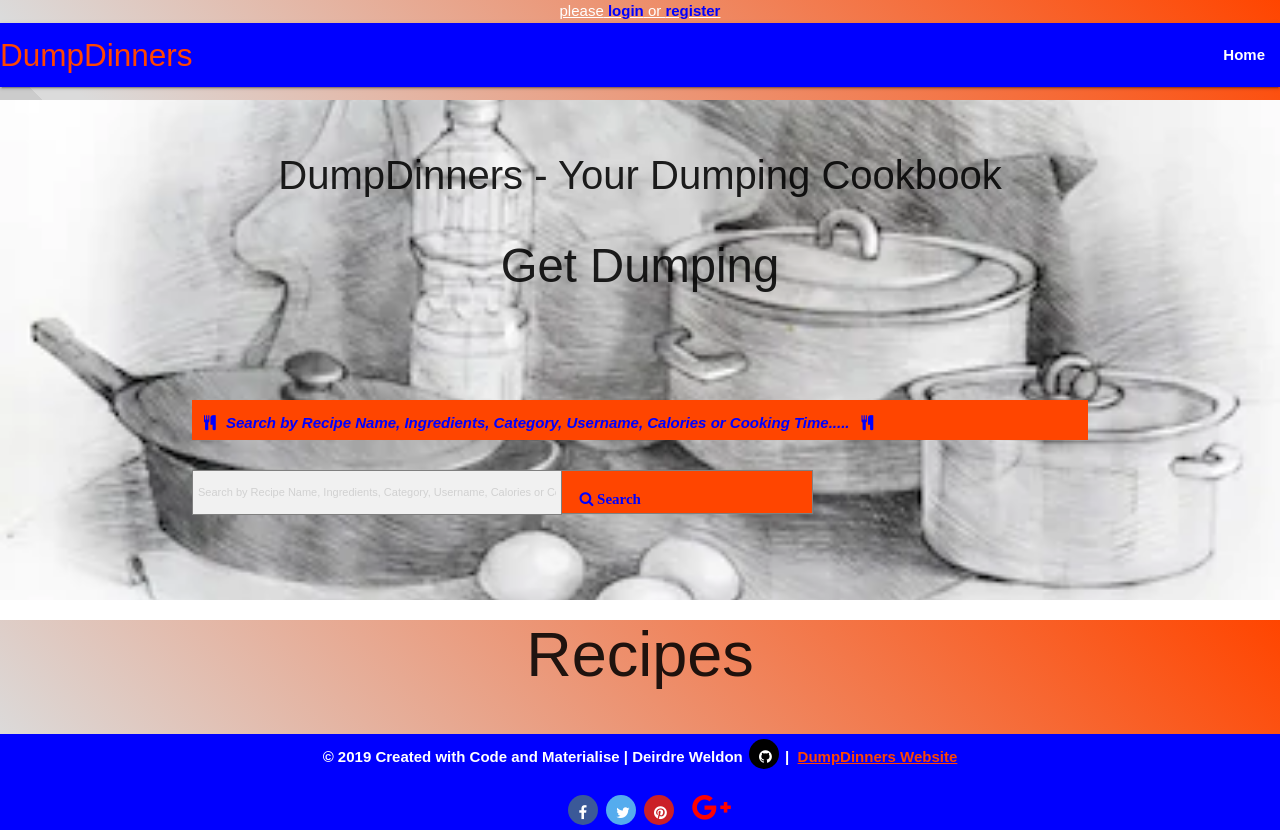
Repository: Deirdre18/dumpdinners-recipe-app
Page: http://localhost/
The author's editor kept a record of every edit. The page is drawn from the files as they stood at one moment, then again after the next edit.
The browser window is 1280 px wide. The pictures show the whole page.
Some web libraries are served in a nearby version. The page is served by the project's application, run on Flask 3 (app.py). Queries for data that is not in the repository find no rows.

Above is the page before.

### templates/allrecipes1.html
{% extends "base.html" %} {% block content %}

<h1 class="title">Recipes</h1>
{#{{referred to https://github.com/pierceoneill/code-institute-milestone-project-04/blob/master/templates/recipes.html for recipe-cards code.}}#}



<div id="recipe-cards" class="row">
    {% for recipe in recipes %}
    <div class="col s12 m4 l3 recipe-card" data-date="{{recipe.date_added}}">

        <div class="card-heading">

            <div class="card-title" style="text-align:center">
                <h6><span id="recipe_name" name="recipe_name"><i><strong>{{recipe.recipe_name}}</i></strong></span></h6>

            </div>
        </div>
        <strong><i class="fa fa-eye" aria-hidden="true" style="color:blue;font-size: 15px">&nbsp&nbsp{{recipe.views}}</i></strong>&nbsp&nbsp&nbsp&nbsp&nbsp&nbsp&nbsp&nbsp&nbsp&nbsp&nbsp&nbsp&nbsp&nbsp&nbsp&nbsp&nbsp
        <strong><i class="fa fa-heart" aria-hidden="true" style="color:red; font-size: 15px">&nbsp&nbsp{{recipe.likes}}</i></strong><br>
        <strong><i class="fa fa-cutlery"aria-hidden="true" style="color:blue;font-size: 15px">&nbsp&nbsp{{recipe.category_name}}</i><strong>


        <div class="card-image">
            <img src="{{recipe.image}}" width="200" height="200" style="margin-top" : 40%;>
        </div>


        <div class="card-body" style="white-space:normal">

            <p id="short_description"></p><strong><em>{{recipe.short_description}}</strong></em>
            </p>

        </div>

        <h6 class="view-and-share"><strong> View and Share!</strong>
        </h6>
        <p class=shares "col s4 m3 l3" style="white-space:normal">

            <i class="fa fa-facebook" aria-hidden="true"></i>
            <i class="fa fa-twitter" aria-hidden="true" style="color: light-blue"></i>
             <i class="fa fa-pinterest" aria-hidden="true"></i>
             <i class="fa fa-google-plus" style="font-size:30px; color:red"></i>
        </p>

        <div class="card-footer" style="white-space:normal">



            <div class="card-action">
                <a href="/recipe/{{ recipe._id }}"> <button class="btn waves-effect waves-light" type="submit" style="background-color:orangered" name="action">See More
                <i class="material-icons right">view_list</i>
             </button></a>
                <br><br><br>

            </div>

        </div>




        <!-- more display -->
    </div>
    {% endfor %}

    {% endblock %}

### templates/base.html
<!DOCTYPE html>
<html>

<head>
    <!--referred to this link for downloading bootstrap, as well as previous CI tutorials - https://forums.fedoraforum.org/showthread.php?314148-How-to-download-bootstrap-->

    <meta charset="UTF-8">
    <meta name="viewport" content="width=device-width, user-scalable=no, initial-scale=1.0, maximum-scale=1.0, minimum-scale=1.0">
    <meta http-equiv="X-UA-Compatible" content="ie=edge">
    <title>{{ title }} - DumpDinners</title>
    <link href="https://fonts.googleapis.com/icon?family=Material+Icons" rel="stylesheet">
    <link rel="stylesheet" href="https://cdnjs.cloudflare.com/ajax/libs/materialize/0.100.2/css/materialize.min.css">
    <link rel="stylesheet" href="{{url_for('static', filename='social-share-kit.css')}}" type="text/css" />
    <link rel="stylesheet" href="{{url_for('static', filename='styles.css')}}" type="text/css" />

    <!--referred to this for favicon - https://www.flaticon.com/-->

    <link rel="icon" type="image/ico" href="/static/images/favicon.ico" />
    <link rel="stylesheet" href="https://cdnjs.cloudflare.com/ajax/libs/font-awesome/4.7.0/css/font-awesome.min.css">

    <style>
        body {
            font-family: Arial;
        }
        * {
            box-sizing: border-box;
        }
        form.example input[type=text] {
            padding: 5px;
            font-size: 11px;
            border: 1px solid grey;
            float: left;
            width: 4%;
            height: 1%;
            background: #f1f1f1;
        }
        form.example button {
            float: left;
            width: 2%;
            height: 2%;
            padding: 5px;
            background: #2196F3;
            color: white;
            font-size: 11px;
            border: 1px solid grey;
            border-left: none;
            cursor: pointer;
        }
        form.example button:hover {
            background: #0b7dda;
        }
        form.example::after {
            content: "";
            clear: both;
            display: table;
        }
    </style>



</head>

<body>

    <style scoped>
        .pattern {
            min-height: 100px;
        }
        #stripes4 {
            background-image: repeating-linear-gradient(45deg, #ccc, #ccc 30px, #dbdbdb 30px, #dbdbdb 60px, orangered);
        }
    </style>

    <!--to give background gradient color, referred to https://www.quackit.com/css/codes/patterns/css_background_stripes.cfm-->

    <div id="stripes4" class="pattern">


        <!--referred to code from Spence Barribal's github project for username in session below (Student at Code Institute).-->

        {% if 'username' in session %}
        <div class="text-light font-italic bg-dark pt-2 pr-4" style="text-align:center; color:blue"><strong>welcome back, {{ session['username'] }}</strong>
        </div>

        <!--Referred to stack overflow article on centering anchors.-->

        <div class="display:block; text-align: center">
            <a href="{{ url_for('add_recipe') }}" <button class="btn waves-effect waves-light" type="submit" style="background-color:orangered" name="action"><strong>Add Recipe</strong>
                <i class="material-icons right">playlist_add</i>
             </button></div></a>



            <div class="display:block; text-align: center">
                <a href="{{ url_for( 'logout') }}" style="text-decoration:underline; color:blue; text-align:center,color:blue"><strong>Logout</strong></a>
            </div>

            <div class="display:block; text-align: center">
                <a href="{{ url_for( 'allrecipes') }}" style="text-decoration:underline;color:blue; text-align:center"><strong>Home</strong></a>

            </div>

            {% else %}

            <div class="login" style="text-align:center;text-decoration:underline; color:white">please<a href="{{ url_for('login') }}" style="color:blue"><strong> login</a></strong> or <a href="{{ url_for('register') }}" style="color:blue"><strong> register</strong></a>
            </div>
            {% endif %}

            <nav>
                <div class="nav-wrapper">
                    <a class="brand-logo" style="color:orangered">DumpDinners</a>
                    <a href="#" data-activates="mobile-demo" class="button-collapse"><i class="material-icons">menu</i></a>
                    <ul id="nav-mobile" class="right hide-on-med-and-down">

                        {% if 'username' not in session %}

                        <li class="nav-item">
                            <a href="{{ url_for('index') }}" style="color:white"><strong>Home</a></strong>
                        </li>


                        {% endif %}

                    </ul>
                </div>

            </nav>
            <!--referred to https://www.w3schools.com/howto/howto_css_search_button.asp-->

            {% if 'username' in session %}
            <ul class="sidenav" id="mobile-demo">
                <li class="nav-item">
                    <a href="{{ url_for('allrecipes') }}" style="color:orangered;text-decoration:underline"><strong>Home</strong></a>
                </li>
                {% endif %}


            </ul>
        </div>

        <div id="index-banner" class="parallax-container">
            <div class="section no-pad-bot">
                <div class="container">

                    <div class="parallax">
                        <img src="{{ url_for('static', filename='uploads/' + 'still-life.jpg') }}">
                    </div>

                    <h2 class="header center" class="header"><small>DumpDinners - Your Dumping Cookbook</small></h2>

                    <h1 class="header center" class="header"><small>Get Dumping</small></h1>
                    <br><br><br>


                    <!--/*referred to https://www.w3schools.com/howto/howto_css_search_button.asp*/-->

                    <div class="search-container">

                         <h6 class="lead-search" style="background-color:orangered; color:blue; text-align:left"><strong><i><i class="fa fa-cutlery" style="font-size: 15px"></i>Search by Recipe Name, Ingredients, Category, Username, Calories or Cooking Time.....</i></strong><i class="fa fa-cutlery" style="font-size: 15px"></i></h6><br>


                         <form class="example" action="{{ url_for('search') }}">
                            <input type="text" placeholder="Search by Recipe Name, Ingredients, Category, Username, Calories or Cooking Time...." required name="query" style="margin-top:1px; width:40%; height:3em !important" style="color:black">
                            <div id="search">
                                <button type="submit" style="margin-top:1px; width:28%; height:4em !important; background-color:orangered"><strong><i class="fa fa-search" style="font-size:15px;float:left;color:blue"><strong>&nbspSearch</strong></i></button>
                            </div>

                            </form>

                    </div>
                </div>
            </div>
            <!--Referred to this link for adding photos dynamically. https://stackoverflow.com/questions/40877272/jinja2-not-displaying-the-images-->
        </div>
        <div id="stripes4" class="pattern">
            {% block content %}{% endblock %}
        </div>
        <script src="https://ajax.googleapis.com/ajax/libs/jquery/3.4.1/jquery.min.js"></script>
        <script src="https://cdnjs.cloudflare.com/ajax/libs/jquery/3.2.1/jquery.min.js"></script>
        <script src="https://cdnjs.cloudflare.com/ajax/libs/materialize/0.100.2/js/materialize.min.js"></script>
        <!--<script src="assets/js/social-share-kit.js"></script>-->
        <!--<script src="assets/js/social-share-kit.min.js"></script>-->
        <script type="text/javascript">
            $(document).ready(function() {
                $(".button-collapse").sideNav();
            });
        </script>
        <script type="text/javascript">
            $('.datepicker').pickadate({
                selectMonths: true, // Creates a dropdown to control month
                selectYears: 15, // Creates a dropdown of 15 years to control year,
                today: 'Today',
                clear: 'Clear',
                close: 'Ok',
                closeOnSelect: false // Close upon selecting a date,
            });
        </script>
        <script>
            $(document).ready(function() {
                $('.parallax').parallax();
            });
        </script>
        <!-- jquery to activate buttons -->
        <script type="text/javascript">
            $(document).ready(function() {
                $('.collapsible').collapsible();
                $('select').material_select();
            });
        </script>
        <!--// to create footer referred to https://www.w3schools.com/howto/tryit.asp?filename=tryhow_css_fixed_footer. For flexible footer referred to https://materializecss.com/footer.html // decided to make footer fixed rather than flexible-->
        <style>
            .footer {
                margin-top: 1px;
                display: fixed;
                min-height: 3vh;
                flex-direction: column;
                text-align: center;
                background-color: blue;
                color: white;
            }
            main {
                flex: 1 0 auto;
            }
            .container {
                margin-top: 15px;
                margin-bottom: 3px;
            }
        </style>
        <style>
            .fa {
                padding: 10px;
                font-size: 15px;
                width: 30px;
                text-decoration: none;
                margin: 5px 2px;
                border-radius: 50%;
                height: 30px;
            }
            .fa:hover {
                opacity: 0.7;
            }
            .fa-facebook {
                background: #3B5998;
                color: white;
                text-align: center;
            }
            .fa-twitter {
                background: #55ACEE;
                color: white;
                text-align: center;
            }
            .fa-youtube {
                background: #bb0000;
                color: white;
                text-align: center;
            }
            .fa-pinterest {
                background: #cb2027;
                color: white;
                text-align: center;
            }
            .fa-github {
                background: black;
                color: white;
                text-align: center;
                font-size: 15px;
            }
            strong {
                font-weight: bold;
            }
        </style>
        <div class="footer">
            <div class="container">
                <!--created blank spaces, referred to https://www.computerhope.com/jargon/n/nbsp.htm-->
                © 2019 Created with Code and Materialise&nbsp| Deirdre Weldon <a href="https://github.com/" class="fa fa-github"></a> |&nbsp
                <a href="https://dumpdinners-recipe-app.herokuapp.com/" style="color:orangered; text-decoration: underline">DumpDinners Website
        </div>
        <!--for social media icons and styles referred to https://www.w3schools.com/howto/howto_css_social_media_buttons.asp    -->
        <!-- Add font awesome icons -->
        <a href="https://www.facebook.com/" class="fa fa-facebook"></a>
                <a href="https://www.twitter.com/" class="fa fa-twitter"></a>
                <a href="https://www.pinterest.com/" class="fa fa-pinterest"></a>
                <a href="https://plus.google.com/" class="fa fa-google-plus" style="font-size:30px; color:red"></a>
            </div>
</body>
</html>

### app.py
import os
import re
from flask import Flask, render_template, redirect, request, url_for, session, flash
import json
from flask_pymongo import PyMongo
import pymongo
from pymongo import MongoClient
from bson.objectid import ObjectId


from werkzeug.security import generate_password_hash, check_password_hash


app = Flask(__name__)

app.secret_key = "randomstring123"



if app.config['DEBUG'] == True:
    from config import dbconfig
    app.config["MONGO_DBNAME"] = 'dumpdinners'
    app.config["MONGO_URI"] = dbconfig()
else:
    app.config['MONGO_URI'] = os.environ.get("MONGO_URI")
    app.config['MONGO_DBNAME'] = os.environ.get("MONGO_DBNAME")

mongo = PyMongo(app)


@app.route('/')
@app.route('/index')
def index():
    """Home page the gets 4 recipes from DB that have been viewed the most"""
    four_recipes = mongo.db.recipes.find().limit(4)
    return render_template('allrecipes1.html', recipes=four_recipes)

@app.route('/allrecipes')
def allrecipes():
    recipes = mongo.db.recipes.find()
    return render_template('allrecipes.html', recipes=recipes)

@app.route('/allrecipes1')
def allrecipes1():
    recipes = mongo.db.recipes.find()
    four_recipes = mongo.db.recipes.find().limit(4)
    return render_template('allrecipes1.html', recipes=four_recipes)

@app.route('/add_recipe')
def add_recipe():
    recipes = mongo.db.recipes.find()
    return render_template('addrecipe.html',
        recipes=mongo.db.categories.find())



@app.route('/insert_recipe', methods=['POST'])
def insert_recipe():
    recipes = mongo.db.recipes
    recipes.insert_one(request.form.to_dict())
    flash ("Thank you, your recipe has been inserted!")
    return render_template('recipe.html', recipe=recipe)




@app.route('/edit_recipe/<recipe_id>', methods=['GET', 'POST'])
def edit_recipe(recipe_id):
    """Allows logged in user to edit their own recipes"""
    recipe_db = mongo.db.recipes.find_one_or_404({'_id': ObjectId(recipe_id)})
    all_categories =  mongo.db.categories.find()
    if request.method == 'GET':

        return render_template('editrecipe.html', recipe=recipe_db, categories=all_categories)


# referred to this article for advice on 'views' - https://stackoverflow.com/questions/5782311/mongodb-inc-embedded-value-syntax

@app.route('/update_recipe/<recipe_id>', methods=["POST"])
def update_recipe(recipe_id):
    recipes = mongo.db.recipes
    recipes.update( {'_id': ObjectId(recipe_id)},
    {
        '$set': {

        'recipe_name':request.form.get('recipe_name'),
        'ingredients':request.form.get('ingredients'),
        'image': request.form.get('image'),
        'category_name': request.form.get('category_name'),
        'username': request.form.get('username'),
        'methods': request.form.get('methods'),
        'short_description': request.form.get('short_description'),
        'date_added': request.form.get('date_added'),
        'is_vegetarian': request.form.get('is_vegetarian'),
        'views':1,
        'likes':1

        }
    })
    return redirect(url_for('allrecipes'))




@app.route('/delete_recipe/<recipe_id>')
def delete_recipe(recipe_id):
    mongo.db.recipes.remove({'_id': ObjectId(recipe_id)})
    return redirect(url_for('allrecipes'))

@app.route('/search')
def search():
    """Provides logic for search bar"""
    orig_query = request.args['query']
    # using regular expression setting option for any case
    query = {'$regex': re.compile('.*{}.*'.format(orig_query)), '$options': 'i'}
    # find instances of the entered word in title, tags or ingredients
    results = mongo.db.recipes.find({
        '$or': [
            {'recipe_name': query},
            {'ingredients': query},
            {'recipe_name': query},
            {'category_name': query},
            {'calories': query},
            {'cooking_time': query}
        ]
    })
    return render_template('search.html', query=orig_query, results=results)


@app.route('/recipe/<recipe_id>')
def recipe(recipe_id):

    """Shows full recipe and increments view"""
    mongo.db.recipes.find_one_and_update(
        {'_id': ObjectId(recipe_id)},
        { '$inc': { 'views': 1}}



    )
    recipe_db = mongo.db.recipes.find_one_or_404({'_id': ObjectId(recipe_id)})
    return render_template('recipe.html', recipe=recipe_db)

# routing for likes

@app.route('/likes/<recipe_id>')
def likes(recipe_id):

    """Shows full recipe and increments view"""
    mongo.db.recipes.find_one_and_update(
        {'_id': ObjectId(recipe_id)},
        { '$inc': { 'likes': 1}}



    )
    recipe_db = mongo.db.recipes.find_one_or_404({'_id': ObjectId(recipe_id)})
    return redirect(url_for('allrecipes1'))

#Copied routing for login from Deborah Thompson, student at Code Institute for login routing - #https://github.com/debbiect246/recipe-app#


@app.route('/login', methods=["GET","POST"])
def login():
    if request.method == 'POST':
        login_user = mongo.db.register.find_one({'username': request.form['username']})
        form = request.form
        if login_user:
            if(form["password"] == login_user["password"]): # if password correct
                session['username'] = login_user["username"]
                return redirect(url_for('allrecipes',register_id = login_user["_id"]))
            else: # and if password is not correct
               flash("Incorrect password, please try again or register")
        else:# if user does not exist
            flash("User does not exist")
            return redirect(url_for('register'))
    return render_template('login.html')


#Copied routing for register from Deborah Thompson, student at Code Institute for login routing - #https://github.com/debbiect246/recipe-app#

@app.route('/register', methods=['POST','GET'])
def register():
    if request.method == 'POST':
        register = mongo.db.register
        register_id = register.insert_one(request.form.to_dict())
        # print(register)
        object_id = register_id.inserted_id
        flash("Thank you for registering, please login to view more recipes and add your own!")
        return redirect(url_for('login'))
    return render_template('register.html')




#Copied routing for allrecipeslist from Deborah Thompson, student at Code Institute for login routing - #https://github.com/debbiect246/recipe-app#


@app.route('/logout')
def logout():
    """Clears session and redirects to home"""

    session.clear()
    flash ("Thank you, hope to see you again soon!")
    return redirect(url_for('login'))




if __name__ == '__main__':
    app.run(host=os.environ.get('IP'),
        port=int(os.environ.get('PORT')))

### static/styles.css
.card-body {
    width: 75%;
    margin-left: 0;
    left: auto;
    right: auto;
    white-space: pre-wrap;
}

#search [type="search"] [name="query"]
{
     height: 30px;
     width: 50px;
}


h3 {margin-top: 10%}

.main { margin-top: 20px;}

.card-image {width:25%;}

h5 .lead-search {margin-bottom: 0}

p .heading {margin-top: 30%;}


.card-image {white-space: pre-wrap;
            margin-bottom: -80px;
}


h1 {text-align: center;
    margin-top: 20px;

}

p {margin-top: 20%;}



.nav-wrapper {background-color: blue;}

#Add {color: indigo;
}

#View {color: indigo;
}

.brand-logo{text-align:left;}

.btn_small {
    height: 24px;
    width: 60px;
    line-height: 24px;
    margin: 5px 5px;
    padding: 0 0.5em;
}

Loaded but not shown: static/social-share-kit.css (no copy from this time; the picture is the same without it)

After the next edit:
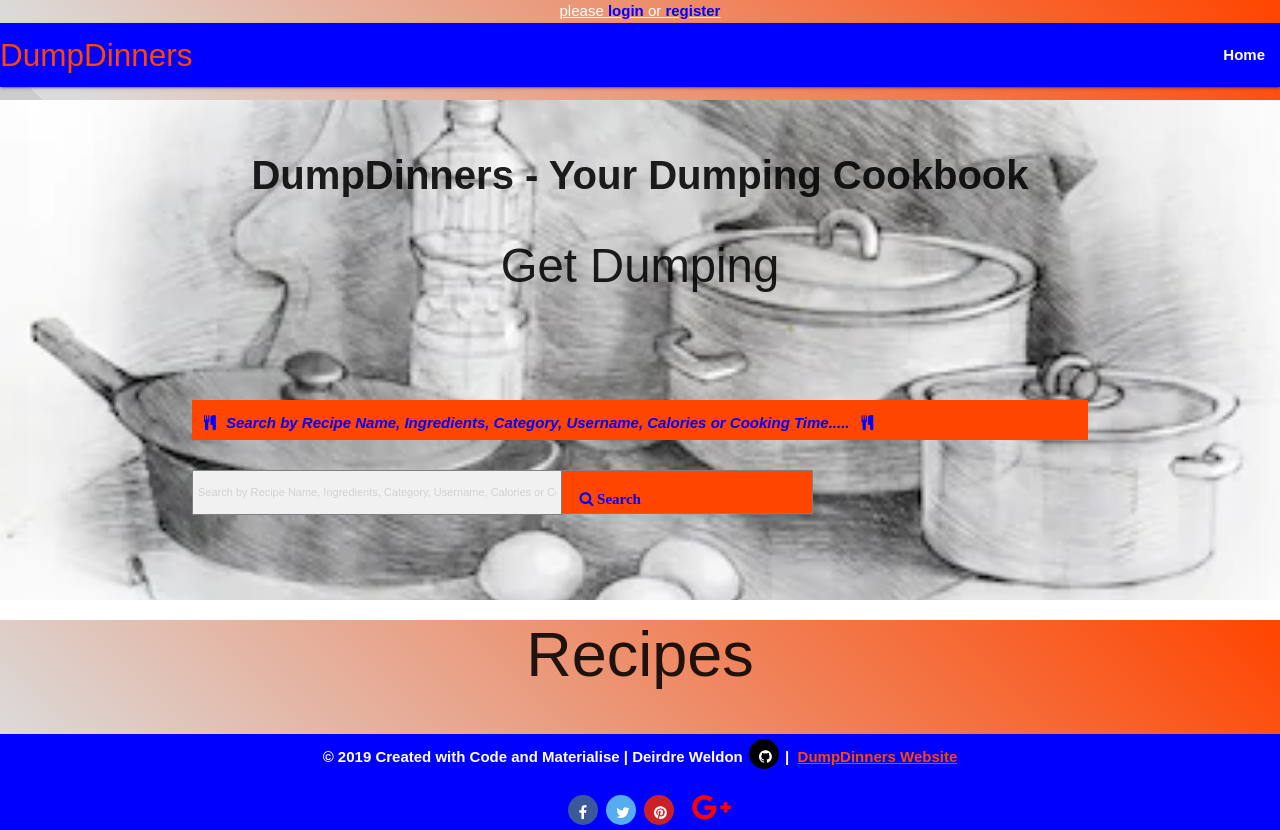
The edit:
--- a/templates/base.html
+++ b/templates/base.html
@@ -146,7 +146,7 @@
                         <img src="{{ url_for('static', filename='uploads/' + 'still-life.jpg') }}">
                     </div>
 
-                    <h2 class="header center" class="header"><small>DumpDinners - Your Dumping Cookbook</small></h2>
+                    <h2 class="header center" class="header"><small><strong>DumpDinners - Your Dumping Cookbook</strong></small></h2>
 
                     <h1 class="header center" class="header"><small>Get Dumping</small></h1>
                     <br><br><br>
